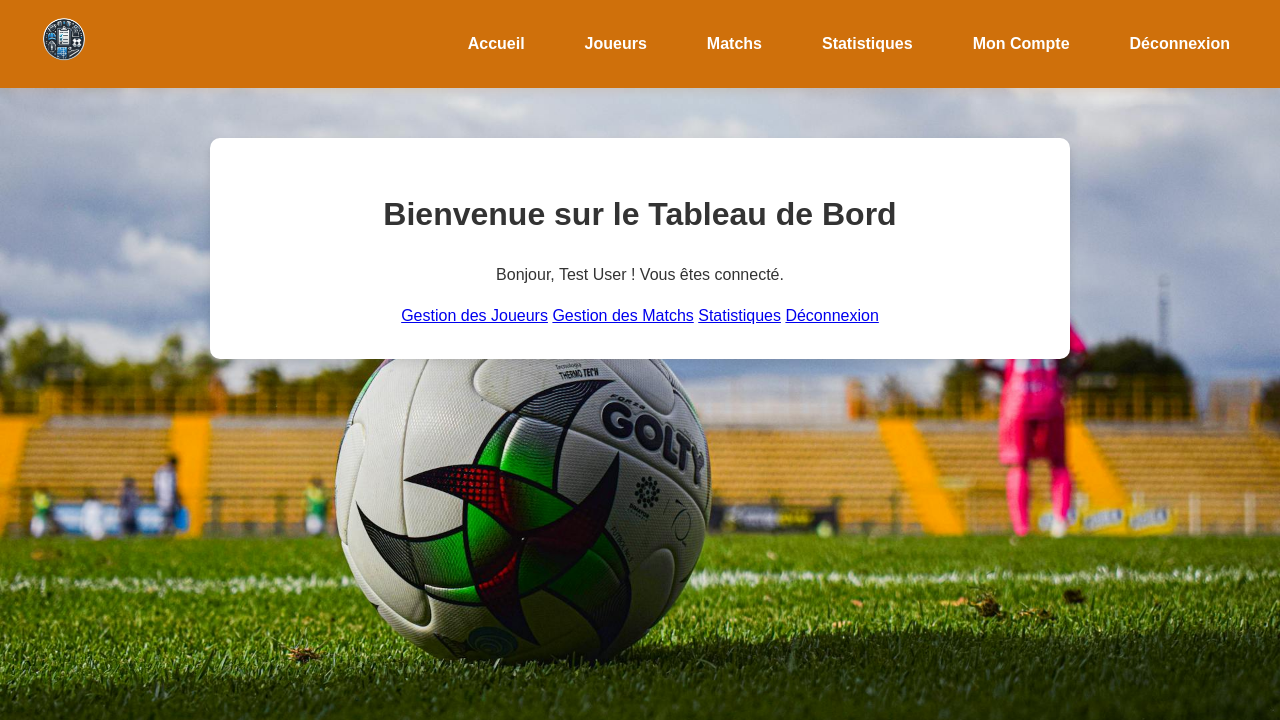
Repository: iisloomx/R401_MiniProjet
Page: http://localhost/views/dashboard.php
These files come from the project's save history. The page is drawn as it stood at one moment and after a run of saves; the edit follows.
The browser window is 1280 px wide. The pictures show the whole page.
The page is run by PHP 8.4 with error messages shown; the project is at /var/www/html/. The session is filled in as if someone had signed in: {"id_utilisateur": 1, "utilisateur": "Test User"}.

Above is the page before, as saved 2025-01-19 04:24:13.

After the next 4 saves:
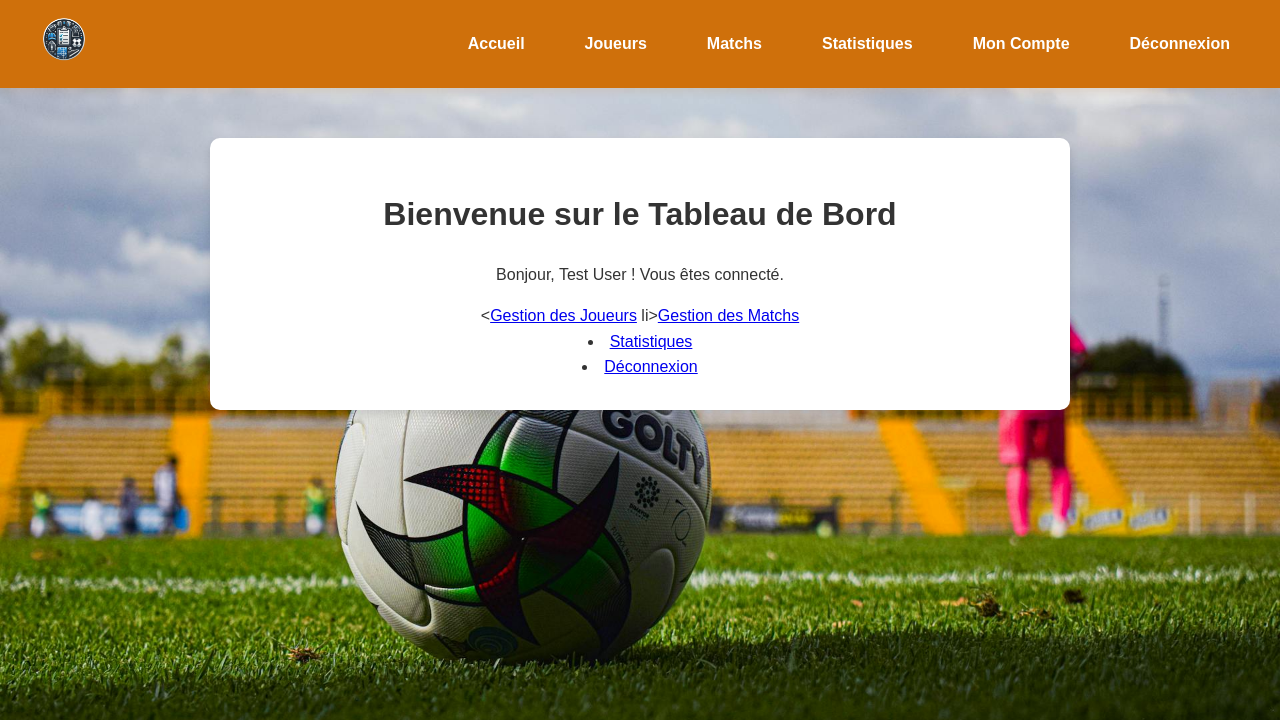
The 4 saves are shown as one change because they came seconds apart.
The last was saved 19 s later.
--- a/views/dashboard.php
+++ b/views/dashboard.php
@@ -29,12 +29,10 @@
             <?php endif; ?>
 
 
-
-                    <a href="../controllers/JoueursController.php?action=liste">Gestion des Joueurs</a>
-                    <a href="../controllers/MatchsController.php?action=liste">Gestion des Matchs</a>
-                    <a href="../controllers/StatistiquesController.php?action=index">Statistiques</a>
-                    <a href="../controllers/DeconnexionController.php" class="deconnexion">Déconnexion</a>
-
+                    <<a href="../controllers/JoueursController.php?action=liste">Gestion des Joueurs</a></li>
+                    li><a href="../controllers/MatchsController.php?action=liste">Gestion des Matchs</a></li>
+                    <li><a href="../controllers/StatistiquesController.php?action=index">Statistiques</a></li> <!-- Nouveau bouton -->
+                    <li><a href="../controllers/DeconnexionController.php" class="deconnexion">Déconnexion</a></li>
 
         </div>
     </div>
